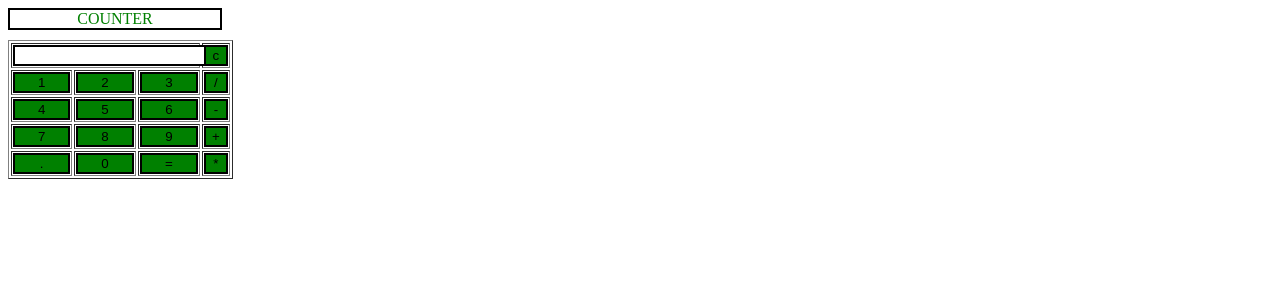
Repository: Seryozha02/Calculator
Page: calculator.html
These files come from the project's save history. The page is drawn as it stood at one moment and after the next save; the edit follows.
The browser window is 1280 px wide. The pictures show the whole page.

Above is the page before, as saved 2022-02-14 16:47:53.

After the next save:
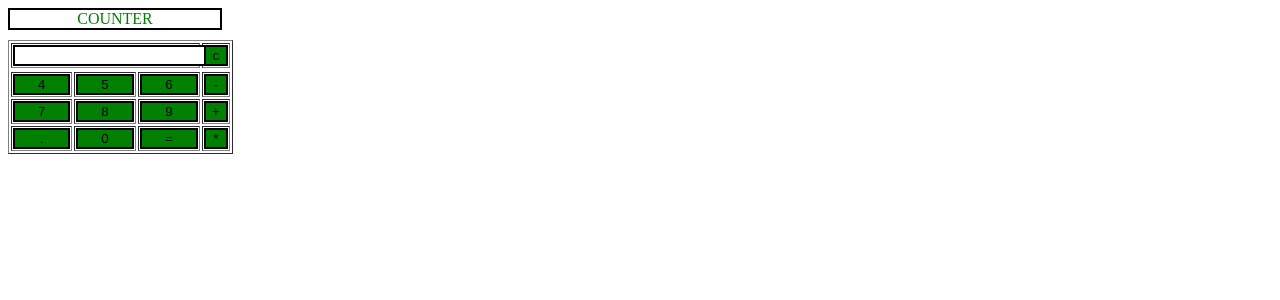
Saved 22 s later.
--- a/calculator.html
+++ b/calculator.html
@@ -16,11 +16,7 @@
     </tr>
     <tr>
 
-       <td><input type="button" value="1" onclick="dis('1')"/> </td>
-       <td><input type="button" value="2" onclick="dis('2')"/> </td>
-       <td><input type="button" value="3" onclick="dis('3')"/> </td>
-       <td><input type="button" value="/" onclick="dis('/')"/> </td>
-    </tr>
+
     <tr>
        <td><input type="button" value="4" onclick="dis('4')"/> </td>
        <td><input type="button" value="5" onclick="dis('5')"/> </td>
